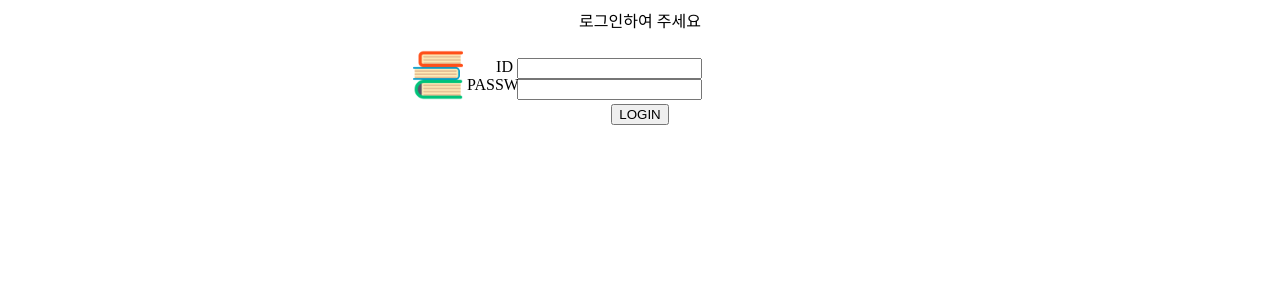
Repository: Minnaldo/Dev
Page: BackEnd/Eworkspace/ws_0911/WebContent/Login.html
These files come from the project's save history. The page is drawn as it stood at one moment and after the next save; the edit follows.
The browser window is 1280 px wide. The pictures show the whole page.

Above is the page before, as saved 2019-09-13 05:18:58.

### BackEnd/Eworkspace/ws_0911/WebContent/Login.html
<!DOCTYPE html>
<html>

<head>
<meta charset="UTF-8">
<title>Document</title>
<script src="https://code.jquery.com/jquery-3.4.1.js"></script>
<script>
	var login=function() {
		if ($('#input_id').val() == 'ssafy') {
			console.log($('#input_id').val());
			if ($('#input_pw').val() == '1111') {
				// load result.html
				console.log($('#input_pw').val());
				window.location.replace('./Result.html');
				alert('로그인 성공!');
			} else {
				alert('입력한 값을 다시 한번 확인해주세요');
			}
		} else {
			alert('입력한 값을 다시 한번 확인해주세요');
		}
	}
	$(function() {
		$('.login_btn').on('click', login);

		$('.login_btn').keydown(function(event){
			/* 엔터키 이벤트 */
			if(event.keyCode==13){
				login();
				alert('key enter press');
			}
		});
	});
</script>
</head>

<body>
	<div>
		<div style="text-align: center;">
			<div >로그인하여 주세요</div>
			<br>
			<img src="./images/books.png" alt="books" style="width: 50px;">
			<div style="display: inline-block; width: 400px; ">
			<div style='float: left; width: 50px;'>
				<td>
				<div style="text-align : right;" >ID&nbsp; </div>
				</td>
				<td>
				<div style="text-align : right;">PASSWORD&nbsp; </div>
				</td>
			</div>
			<div style='float: left;'>
				<td>
				<div style="text-align : left;"><input type="text" id="input_id" required></div>
				</td>
				<td>
				<div style="text-align : left;"><input type="password" id="input_pw" required></div>
				</td>
			</div>
			</div>
			<div style="clear: both;">
				<button class="login_btn" style="clear:both;">LOGIN</button>
			</div>
		</div>
	</div>
</body>

</html>

After the next save:
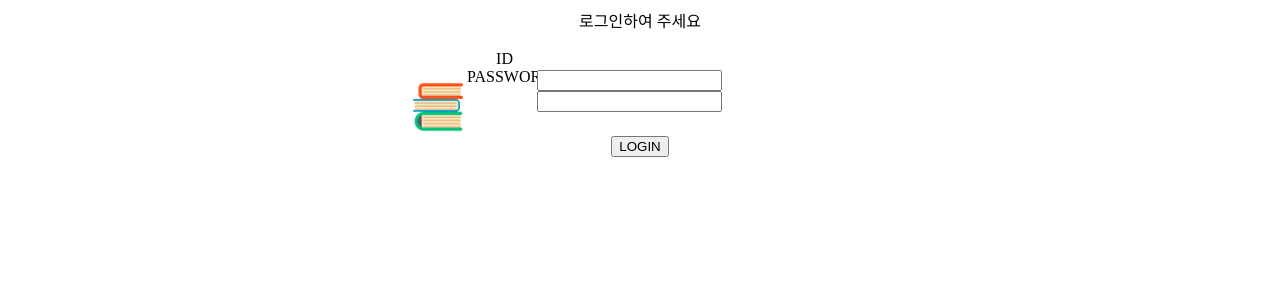
Saved 13 s later.
--- a/BackEnd/Eworkspace/ws_0911/WebContent/Login.html
+++ b/BackEnd/Eworkspace/ws_0911/WebContent/Login.html
@@ -50,7 +50,7 @@
 				<div style="text-align : right;">PASSWORD&nbsp; </div>
 				</td>
 			</div>
-			<div style='float: left;'>
+			<div style='float: left; margin: 20px;'>
 				<td>
 				<div style="text-align : left;"><input type="text" id="input_id" required></div>
 				</td>

After the save that followed:
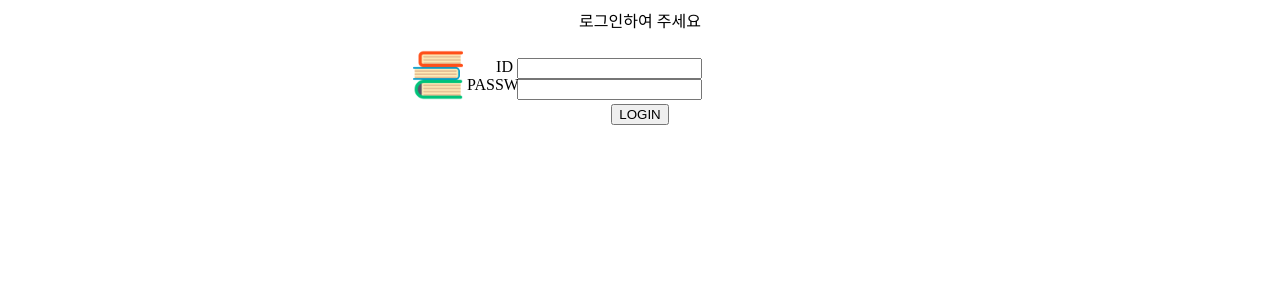
Saved 7 s later.
--- a/BackEnd/Eworkspace/ws_0911/WebContent/Login.html
+++ b/BackEnd/Eworkspace/ws_0911/WebContent/Login.html
@@ -50,7 +50,7 @@
 				<div style="text-align : right;">PASSWORD&nbsp; </div>
 				</td>
 			</div>
-			<div style='float: left; margin: 20px;'>
+			<div style='float: left; '>
 				<td>
 				<div style="text-align : left;"><input type="text" id="input_id" required></div>
 				</td>
